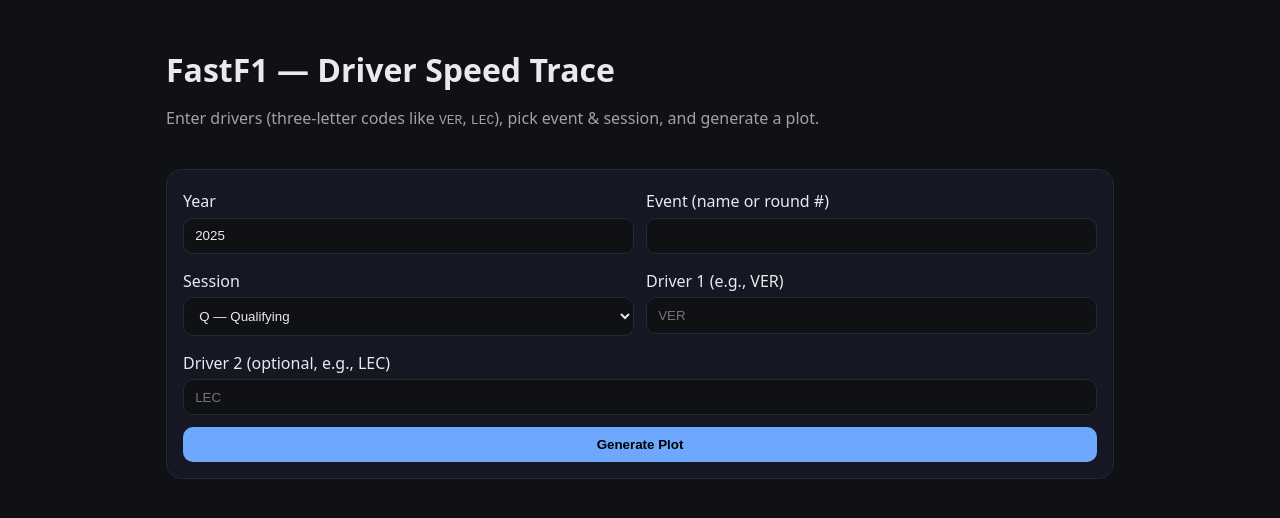
Repository: gqnsptaa/fastf1_web_preview
Page: http://localhost/menu
These files come from the project's save history. The page is drawn as it stood at one moment and after a run of saves; the edit follows.
The browser window is 1280 px wide. The pictures show the whole page.
The page is served by the project's application, run on Flask 3 (app.py).

Above is the page before, as saved 2025-09-22 16:38:34.

After the next 2 saves:
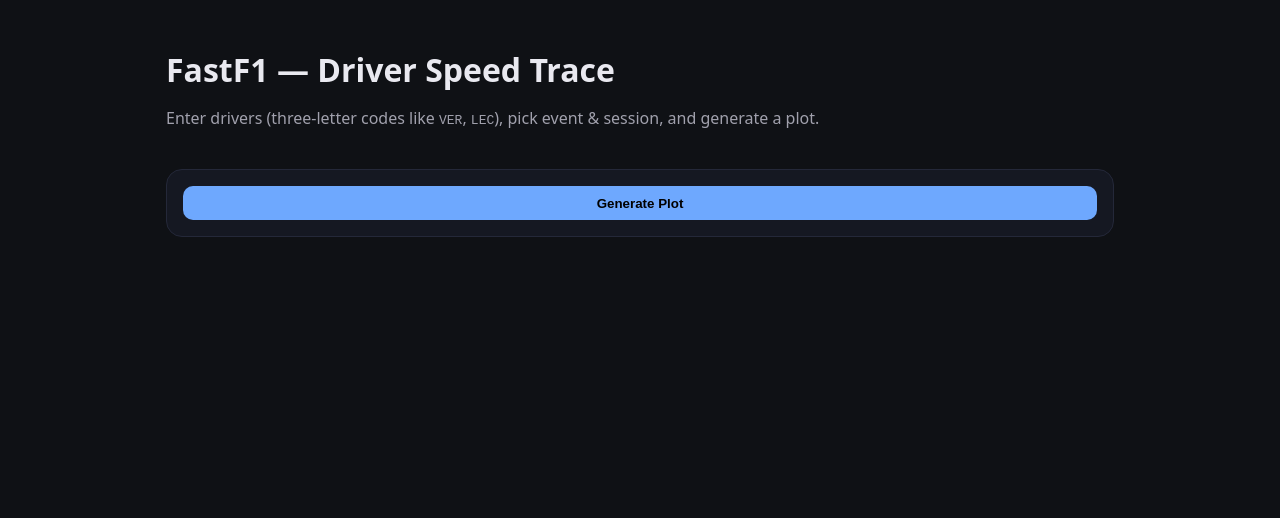
The 2 saves are shown as one change because they came seconds apart.
The last was saved 71 s later.
--- a/templates/menu.html
+++ b/templates/menu.html
@@ -30,41 +30,6 @@
 
       <div class="card">
         <form action="{{ url_for('plot') }}" method="post">
-          <div>
-            <label for="year">Year</label>
-            <input
-              id="year"
-              name="year"
-              type="number"
-              value="2025"
-              min="2018"
-              required
-            />
-          </div>
-          <div>
-            <label for="event">Event (name or round #)</label>
-            <input id="event" name="event" type="text" value="" required />
-          </div>
-          <div>
-            <label for="session">Session</label>
-            <select id="session" name="session">
-              <option value="Q" selected>Q — Qualifying</option>
-              <option value="R">R — Race</option>
-              <option value="FP1">FP1</option>
-              <option value="FP2">FP2</option>
-              <option value="FP3">FP3</option>
-              <option value="SQ">SQ — Sprint Qualifying</option>
-              <option value="SS">SS — Sprint</option>
-            </select>
-          </div>
-          <div>
-            <label for="driver1">Driver 1 (e.g., VER)</label>
-            <input id="driver1" name="driver1" type="text" placeholder="VER" />
-          </div>
-          <div class="full">
-            <label for="driver2">Driver 2 (optional, e.g., LEC)</label>
-            <input id="driver2" name="driver2" type="text" placeholder="LEC" />
-          </div>
           <div class="full">
             <button type="submit">Generate Plot</button>
           </div>
